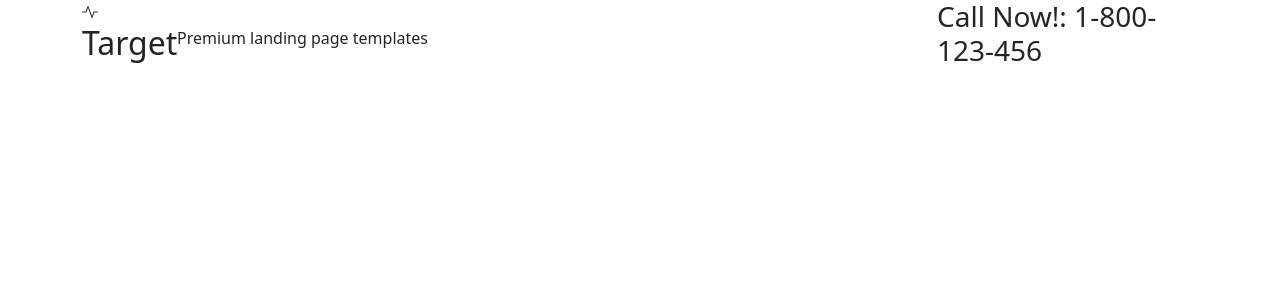
Repository: lyvandat/dh---bootstrap1
Page: index.html
An editor plug-in stored every save of this project. The page is shown before and after the next save, followed by the edit.
The browser window is 1280 px wide. The pictures show the whole page.
Some web libraries are served in a nearby version.

Above is the page before, as saved 2022-10-27 15:12:22.

### index.html
<!DOCTYPE html>
<html lang="en">
  <head>
    <!-- Required meta tags -->
    <meta charset="utf-8" />
    <meta name="viewport" content="width=device-width, initial-scale=1" />

    <!-- Bootstrap CSS -->
    <link
      href="https://cdn.jsdelivr.net/npm/bootstrap@5.0.2/dist/css/bootstrap.min.css"
      rel="stylesheet"
      integrity="sha384-EVSTQN3/azprG1Anm3QDgpJLIm9Nao0Yz1ztcQTwFspd3yD65VohhpuuCOmLASjC"
      crossorigin="anonymous"
    />
    <link
      rel="stylesheet"
      href="https://cdn.jsdelivr.net/npm/bootstrap-icons@1.9.1/font/bootstrap-icons.css"
    />
    <title>Hello, world!</title>
  </head>
  <body>
    <div class="container header align-items-center">
      <div class="row">
        <div class="col-1">
          <i class="bi bi-activity"></i>
          <h2>Target</h2>
        </div>
        <div class="col-8 d-flex align-items-center">
          <div class="">Premium landing page templates</div>
        </div>
        <div class="col-3">
          <h3 class="fs-3">Call Now!: 1-800-123-456</h3>
        </div>
      </div>
    </div>

    <!-- Optional JavaScript; choose one of the two! -->

    <!-- Option 1: Bootstrap Bundle with Popper -->
    <script
      src="https://cdn.jsdelivr.net/npm/bootstrap@5.0.2/dist/js/bootstrap.bundle.min.js"
      integrity="sha384-MrcW6ZMFYlzcLA8Nl+NtUVF0sA7MsXsP1UyJoMp4YLEuNSfAP+JcXn/tWtIaxVXM"
      crossorigin="anonymous"
    ></script>
  </body>
</html>

After the next save:
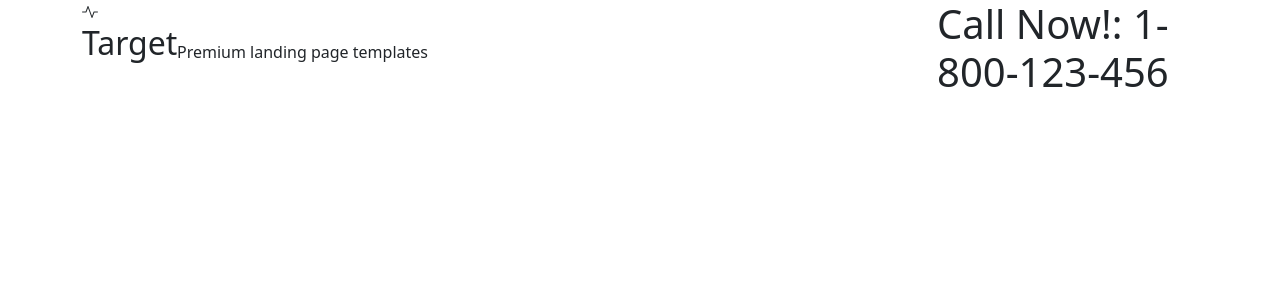
Saved 5 s later.
--- a/index.html
+++ b/index.html
@@ -29,7 +29,7 @@
           <div class="">Premium landing page templates</div>
         </div>
         <div class="col-3">
-          <h3 class="fs-3">Call Now!: 1-800-123-456</h3>
+          <h3 class="fs-1">Call Now!: 1-800-123-456</h3>
         </div>
       </div>
     </div>
